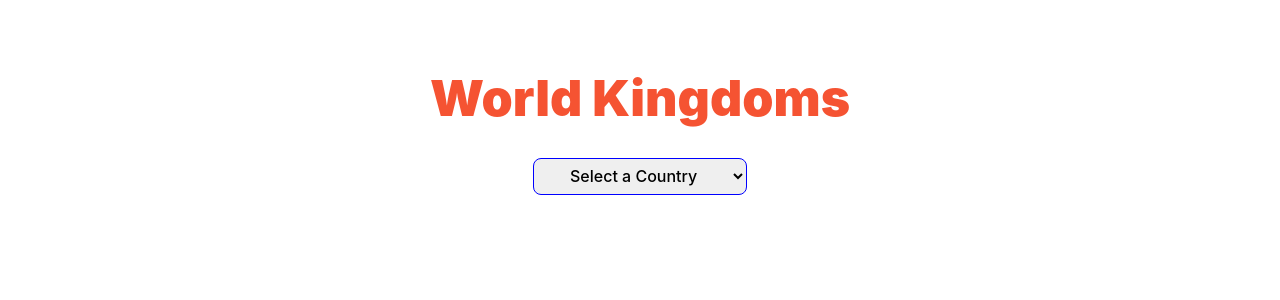
Repository: GloGlorGloria/COMP3170-lab7
Page: /
These files come from the project's save history. The page is drawn as it stood at one moment and after the next save; the edit follows.
The browser window is 1280 px wide. The pictures show the whole page.
The page's requests for data from a server got no answer. The project was rebuilt for these pictures with package versions that can differ from the ones it lists, and the page was loaded fresh each time. No one was signed in, and anything a server would have sent is missing. Also part of the build but not shown: vite.config.js, src/components/Details.jsx.

Above is the page before, as saved 2024-11-24 02:18:04.

After the next save:
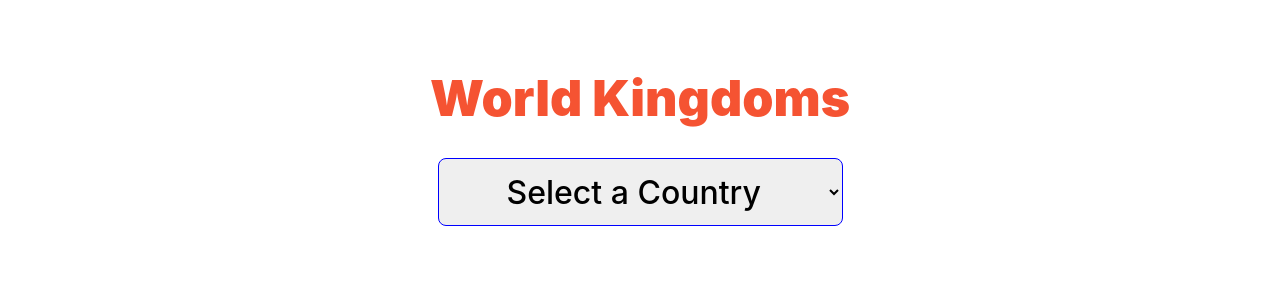
Saved 6 s later.
--- a/src/index.css
+++ b/src/index.css
@@ -38,7 +38,7 @@ h1:hover{
   justify-content: center;
   border: 1px solid blue;
   padding: 0.4em 2em;
-  font-size: 1em;
+  font-size: 2em;
   font-weight: 500;
   font-family: inherit;
   cursor: pointer;
